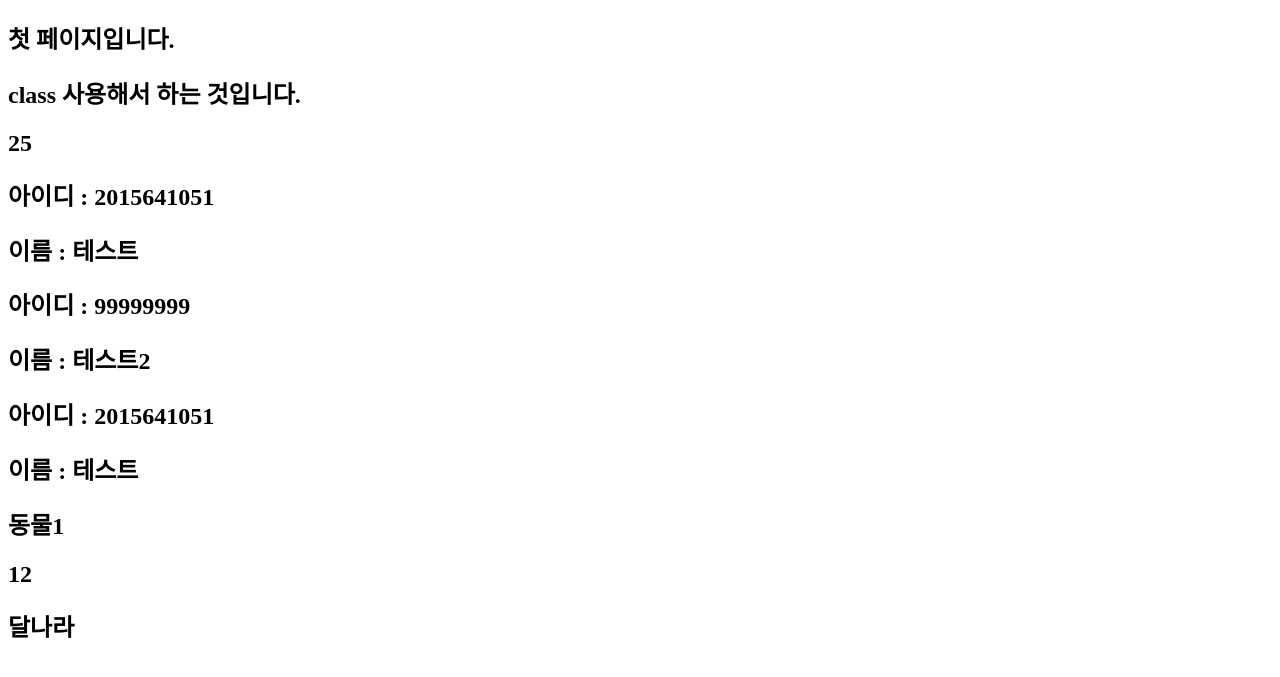
Repository: hodob/JSP_Practice
Page: http://localhost/JSP_WebMarket_JJH/ch04_ex/test.jsp
An editor plug-in stored every save of this project. The page is shown before and after a run of saves, followed by the edit.
The browser window is 1280 px wide. The pictures show the whole page.
The page is served by Tomcat 9.

Above is the page before, as saved 2022-08-09 02:39:24.

After the next 4 saves:
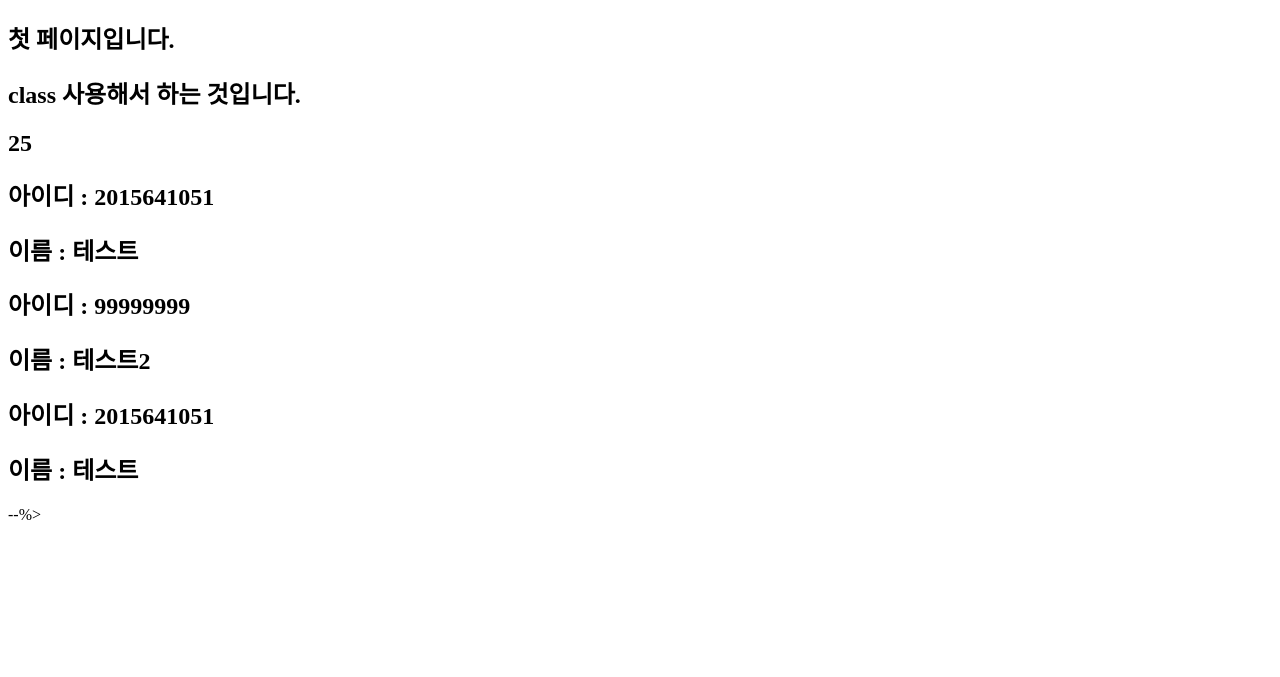
The 4 saves are shown as one change because 3 did not build or start.
The last was saved 32 min 57 s later.
--- a/JSP_WebMarket_JJH/WebContent/ch04_ex/test.jsp
+++ b/JSP_WebMarket_JJH/WebContent/ch04_ex/test.jsp
@@ -66,15 +66,21 @@
 		이름 :
 		<%=person.getName()%></h2>
 	<jsp:useBean id="animal" class="ch04.com.dao.Animal"></jsp:useBean>
-	<%
+<%-- 	<%
 		animal.setName("동물1");
 	animal.setAge(12);
 	animal.setLocation("달나라");
-	%>
+<%-- 	%> --%>
+<%-- <jsp:setProperty property="name" name="animal" value="동물이름"/>
+<jsp:setProperty property="age" name="animal" value=12/>
+<jsp:setProperty property="location" name="animal" value="달나라"/> --%> --%>
 
+
+
+<%--
 <h2><%=animal.getName() %></h2>
 <h2><%=animal.getAge() %></h2>
-<h2><%=animal.getLocation() %></h2>
+<h2><%=animal.getLocation() %></h2> --%>
 
 
 
